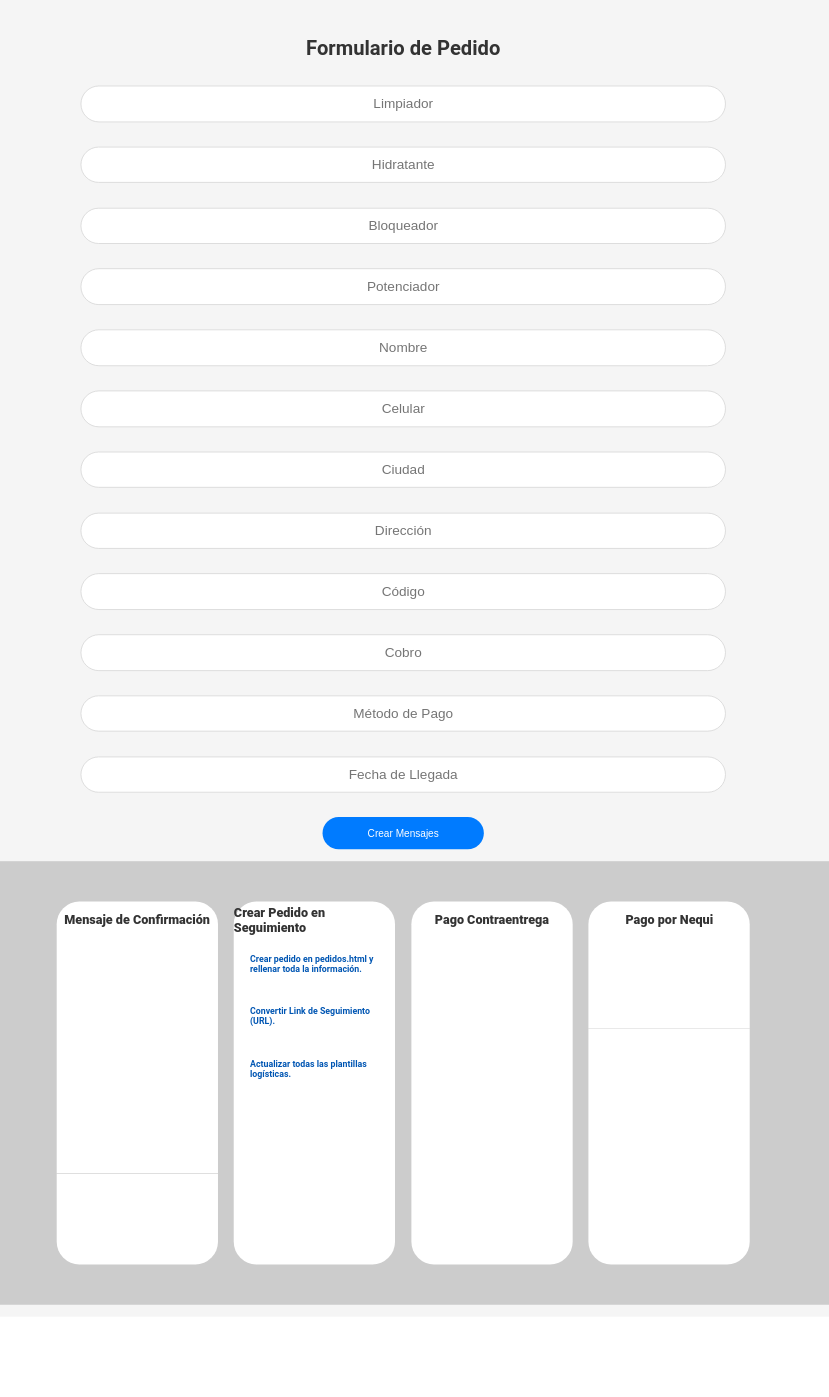
Repository: aCoupon0/intranet
Page: 1/venta-1.html
An editor plug-in stored every save of this project. The page is shown before and after the next save, followed by the edit.
The browser window is 1280 px wide. The page is 1316 px wide, so the pictures cover 1316 px, including what lies to the right of the window. The pictures show the whole page, at 63% of full size.

Above is the page before, as saved 2024-12-09 15:38:13.

After the next save:
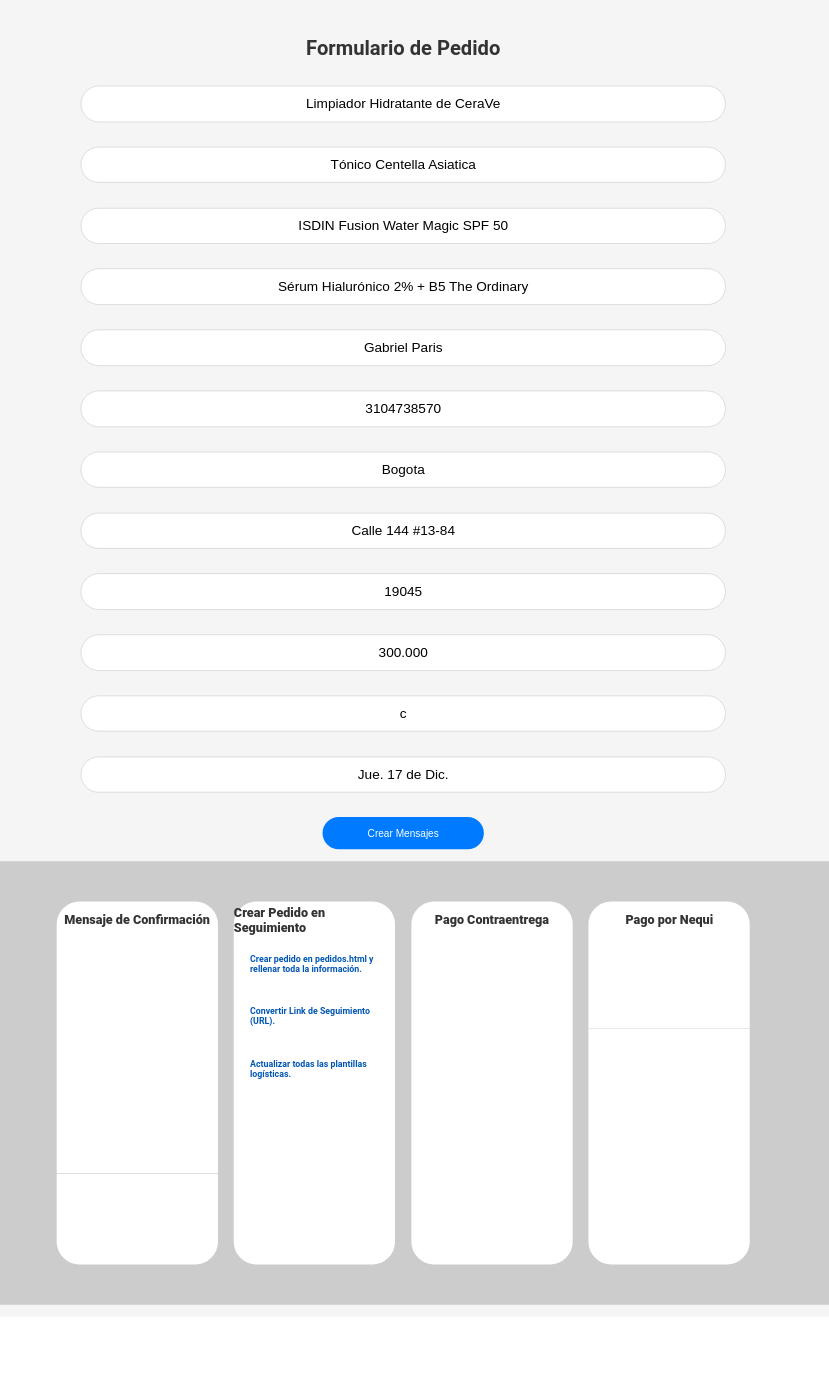
Saved 2 min 47 s later.
--- a/1/venta-1.html
+++ b/1/venta-1.html
@@ -12,22 +12,22 @@
     <h1>Formulario de Pedido</h1>
 
     <!-- Inputs para los productos -->
-    <input type="text" id="input-limpiador" class="input-texto" placeholder="Limpiador">
-    <input type="text" id="input-hidratante" class="input-texto" placeholder="Hidratante">
-    <input type="text" id="input-bloqueador" class="input-texto" placeholder="Bloqueador">
-    <input type="text" id="input-potenciador" class="input-texto" placeholder="Potenciador">
+    <input type="text" id="input-limpiador" class="input-texto" placeholder="Limpiador" value="Limpiador Hidratante de CeraVe">
+    <input type="text" id="input-hidratante" class="input-texto" placeholder="Hidratante" value="Tónico Centella Asiatica">
+    <input type="text" id="input-bloqueador" class="input-texto" placeholder="Bloqueador" value="ISDIN Fusion Water Magic SPF 50">
+    <input type="text" id="input-potenciador" class="input-texto" placeholder="Potenciador" value="Sérum Hialurónico 2% + B5 The Ordinary">
 
     <!-- Inputs para los datos del cliente -->
-    <input type="text" id="input-nombre" class="input-texto" placeholder="Nombre">
-    <input type="text" id="input-celular" class="input-texto" placeholder="Celular">
-    <input type="text" id="input-ciudad" class="input-texto" placeholder="Ciudad">
-    <input type="text" id="input-direccion" class="input-texto" placeholder="Dirección">
+    <input type="text" id="input-nombre" class="input-texto" placeholder="Nombre" value="Gabriel Paris">
+    <input type="text" id="input-celular" class="input-texto" placeholder="Celular" value="3104738570">
+    <input type="text" id="input-ciudad" class="input-texto" placeholder="Ciudad" value="Bogota">
+    <input type="text" id="input-direccion" class="input-texto" placeholder="Dirección" value="Calle 144 #13-84">
 
     <!-- Inputs para código, cobro y método -->
-    <input type="text" id="input-codigo" class="input-texto" placeholder="Código">
-    <input type="text" id="input-cobro" class="input-texto" placeholder="Cobro">
-    <input type="text" id="input-metodo" class="input-texto" placeholder="Método de Pago">
-    <input type="text" id="input-fecha" class="input-texto" placeholder="Fecha de Llegada">
+    <input type="text" id="input-codigo" class="input-texto" placeholder="Código" value="19045">
+    <input type="text" id="input-cobro" class="input-texto" placeholder="Cobro" value="300.000">
+    <input type="text" id="input-metodo" class="input-texto" placeholder="Método de Pago" value="c">
+    <input type="text" id="input-fecha" class="input-texto" placeholder="Fecha de Llegada" value="Jue. 17 de Dic.">
 
     <!-- Botón para enviar -->
     <button id="boton-enviar" class="boton-enviar">Crear Mensajes</button>
